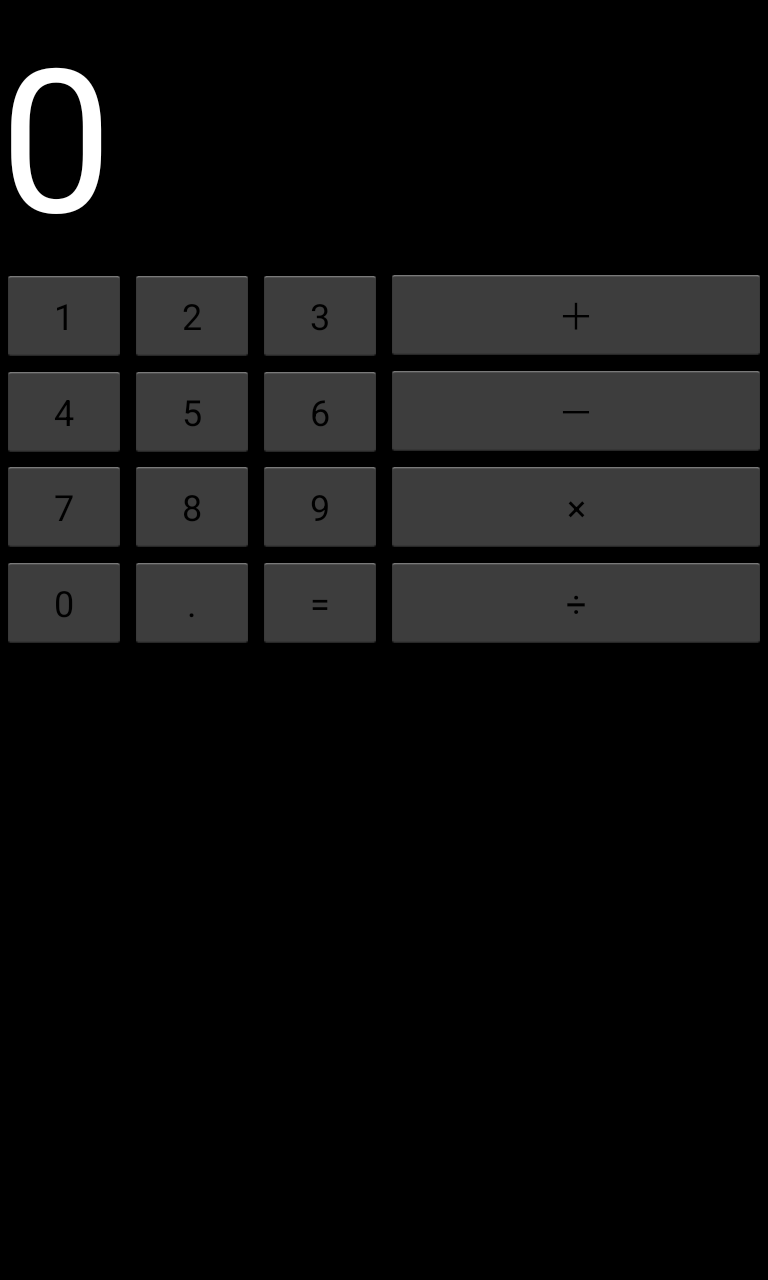
Repository: moetmd/learning-Android
Layout: Calculator/res/layout/activity_main.xml
The author's editor kept a copy of each file at every save. The layout is drawn from the files as they stood at one save, then again after the next save.
It is drawn on a 768 x 1280 px phone screen (xhdpi) without system bars, with theme AppTheme; the app's code is not run.

Above is the layout before, as saved 2014-11-19 13:02:55.

After the next save:
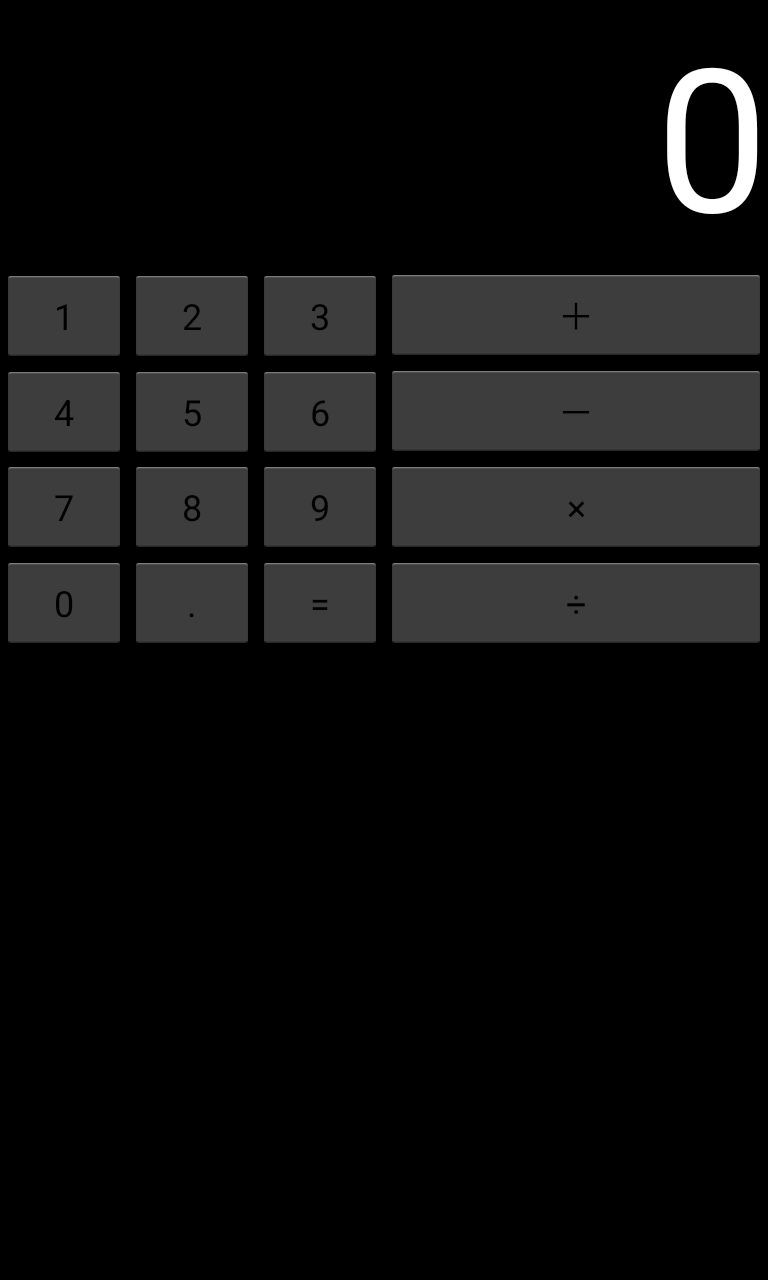
Saved 79 s later.
--- a/Calculator/res/layout/activity_main.xml
+++ b/Calculator/res/layout/activity_main.xml
@@ -19,10 +19,11 @@
             android:id="@+id/textView1"
             android:layout_width="match_parent"
             android:layout_height="wrap_content"
+            android:gravity="right"
+            android:text="0"
+            android:textAppearance="?android:attr/textAppearanceLarge"
             android:textColor="#FFF"
-            android:textSize="100sp"
-            android:text="0"
-            android:textAppearance="?android:attr/textAppearanceLarge" />
+            android:textSize="100sp" />
 
         <!-- 第一行数字键 -->
 
@@ -31,7 +32,7 @@
             android:layout_height="wrap_content" >
 
             <Button
-                android:id="@+id/button1"
+                android:id="@+id/b_1"
                 android:layout_width="wrap_content"
                 android:layout_height="wrap_content"
                 android:text="1" />
